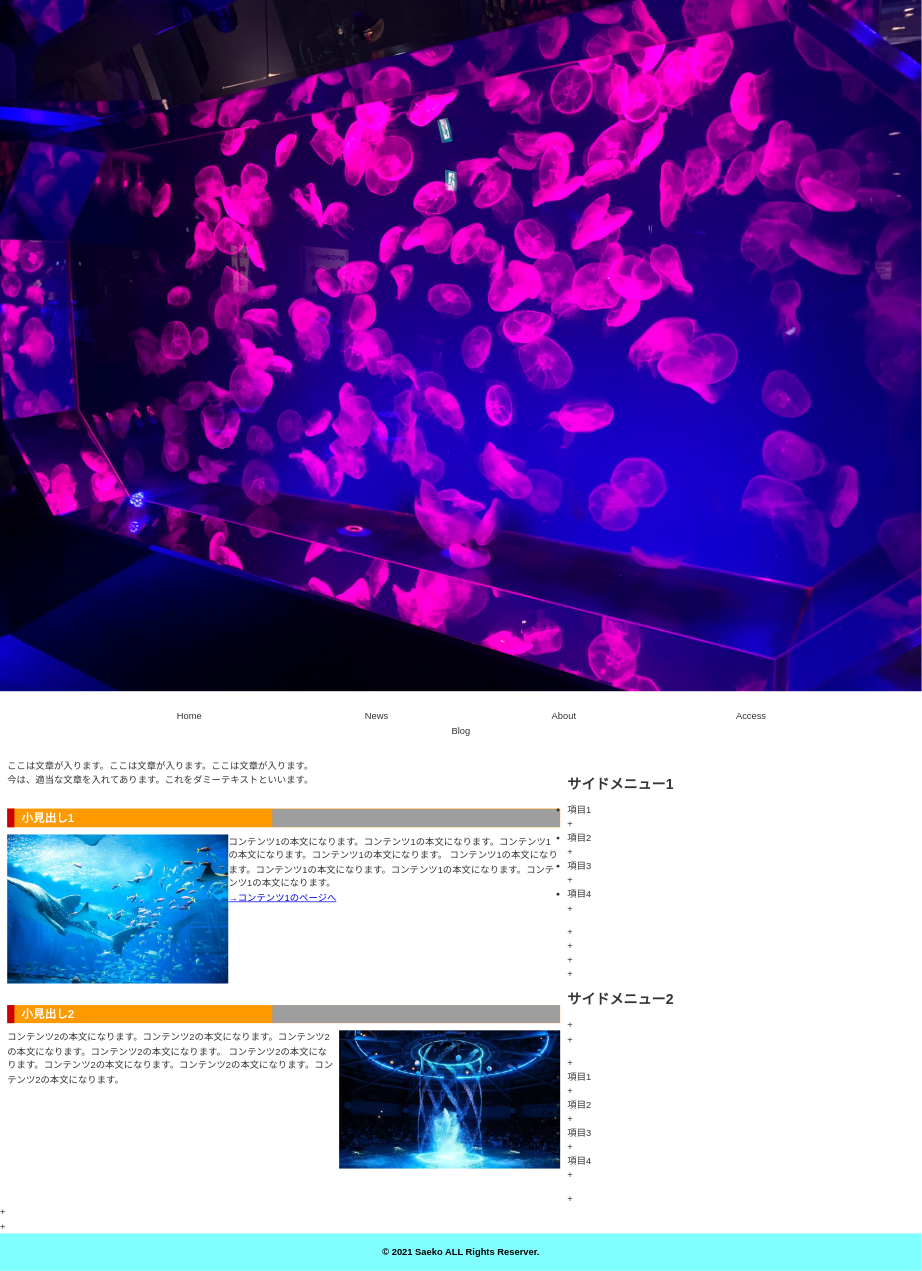
Repository: mizoguhi/mizoguhi
Page: test/saeko.html
The author's editor kept a record of every edit. The page is drawn from the files as they stood at one moment, then again after the next edit.
The browser window is 1280 px wide. The pictures show the whole page, at 72% of full size.
Pictures or frames that could not be fetched are drawn as grey boxes.

Above is the page before.

### test/saeko.html
<!DOCTYPE html>
<html lang="ja">

<head>
    <meta charset="UTF-8">
    <title>Japanese Aquarium</title>
    <link rel="stylesheet" href="stylesheet.css">
</head>

<body>
    <div id="header">
         <h1>
             <a href="saeko.html">
             </a>
         </h1>
    </div>
   <div class="exanple">
        <img id="corridor" src="aquarium.jpg" alt="水族館"/>

   </div>
    <div id="wapper">
 <nav>
　<ul>
　　<li class=”current”><a href=”#”>Home</a></li>
　　<li><a href=”#”>News</a></li>
　　<li><a href=”#”>About</a></li>
　　<li><a href=”#”>Access</a></li>
　　<li><a href=”#”>Blog</a></li>
　</ul>
</nav>

 <div id="container">
                <div id="main">
                    <div class="post">
                        <p>ここは文章が入ります。ここは文章が入ります。ここは文章が入ります。<br />今は、適当な文章を入れてあります。これをダミーテキストといいます。</p>
                    </div>
                    <div class="post clearfix">
                        <h2>小見出し1</h2>
                        <img class="left" src="zinbei.jpg" alt="水槽" />
                        <p>
                            コンテンツ1の本文になります。コンテンツ1の本文になります。コンテンツ1の本文になります。コンテンツ1の本文になります。
                            コンテンツ1の本文になります。コンテンツ1の本文になります。コンテンツ1の本文になります。コンテンツ1の本文になります。
                        </p>
                        <p><a href="#">→コンテンツ1のページへ</a></p>
                    </div>
                    <div class="post clearfix">
                        <h2>小見出し2</h2>
                        <img class="right" src="iruka.jpg" alt="イルカショー" />
                       <p>
                            コンテンツ2の本文になります。コンテンツ2の本文になります。コンテンツ2の本文になります。コンテンツ2の本文になります。
                            コンテンツ2の本文になります。コンテンツ2の本文になります。コンテンツ2の本文になります。コンテンツ2の本文になります。
                        </p>
                    </div>
                </div>
            </div>
　　<div id="side">
                    <div class="box">
                        <h2>サイドメニュー1</h2>
                        <div class="boxBody">
                            <ul>
                            <li>項目1</li>
+                                <li>項目2</li>
+                                <li>項目3</li>
+                                <li>項目4</li>
+                            </ul>
+                        </div>
+                    </div>
+                    <div class="box">
+                        <h2>サイドメニュー2</h2>
+                        <div class="boxBody">
+                            <ul>
+                                <li>項目1</li>
+                                <li>項目2</li>
+                                <li>項目3</li>
+                                <li>項目4</li>
+                            </ul>
+                        </div>
+                    </div>
+                </div>
    <div id="footer">
         <p>&copy; 2021 Saeko ALL Rights Reserver.</p>
    </div>
    </body>
<html>

### test/stylesheet.css
@charset "utf-8";

body {
	margin: 0;
	padding: 0;
	font-family: "ヒラギノ角ゴ Pro W3", "Hiragino Kaku Gothic Pro", "メイリオ", Meiryo, Osaka, "ＭＳ Ｐゴシック", "MS PGothic", sans-serif;
	color: #333;
	font-size: 13px;
	line-height: 150%;
}

#wrapper {
	width: 100%;
	margin: auto;
	padding: 0px;
	border: 0px;
	background-color: #FFF;
	 top: 10px;
position: relative;
}

 #header {
 	width: 100%;
 }
 #header h1 {
 	 margin: 0;
	 padding: 0;
}

 #corridor {
	 width: 100%;
	 height: auto;
 }

 #footer {
 	 clear: both;
 	 width: 100%;
 	 padding: 3px 0 3px 0;
 	 background: #7fffff;
 	 color: #000;
 	 font-weight: bold;
 	 text-align: center;
 }
nav{
text-align: center;
}
nav ul{
margin: 0 ;
padding: 0 ;
}
nav ul li{
list-style: none;
display: inline-block;
width: 18%;
min-width: 90px;
}
nav ul li a{
text-decoration: none;
color: #333;
}
nav ul li.current a{
color: #F33135;
}
nav ul li a:hover{
color: #0000cd;
}
#container {
	 width: 100%;
	 margin: auto ;
	 padding-top: 20px;
	 clear: both;
 }

 #main {
	 float: left;
	 width: 60%;
	 padding: 10px 10px 10px 10px;
 }
 #main h2 {
	 margin: 0 0 10px 0;
	 padding: 3px 10px 3px 10px;
	 color: #FFF;
	 font-size: 16px;
	 border-left: solid 10px #C00;
	 background: #F90 url(../images/main_h2.jpg) right top repeat-y;
 }
 #main p {
	 margin: 0;
	 padding: 0;
 }
 #main .post {
	 margin: 0 0 30px 0;
 }

 #main .post img.right {
	 margin: 0 0 0 8px;
 }
 #main .post img.left {
	 margin: 0 0 0 0;
 }

 .right {
	 float: right;
	 width: 40%;
	 height: auto;
 }
 .left {
	 float: left;
	 width: 40%;
	 height: auto;
 }
 .clearfix {
	 zoom: 1;
 }
 .clearfix:after{
	 content: "";
	 display: block;
	 clear: both;
 }

After the next edit:
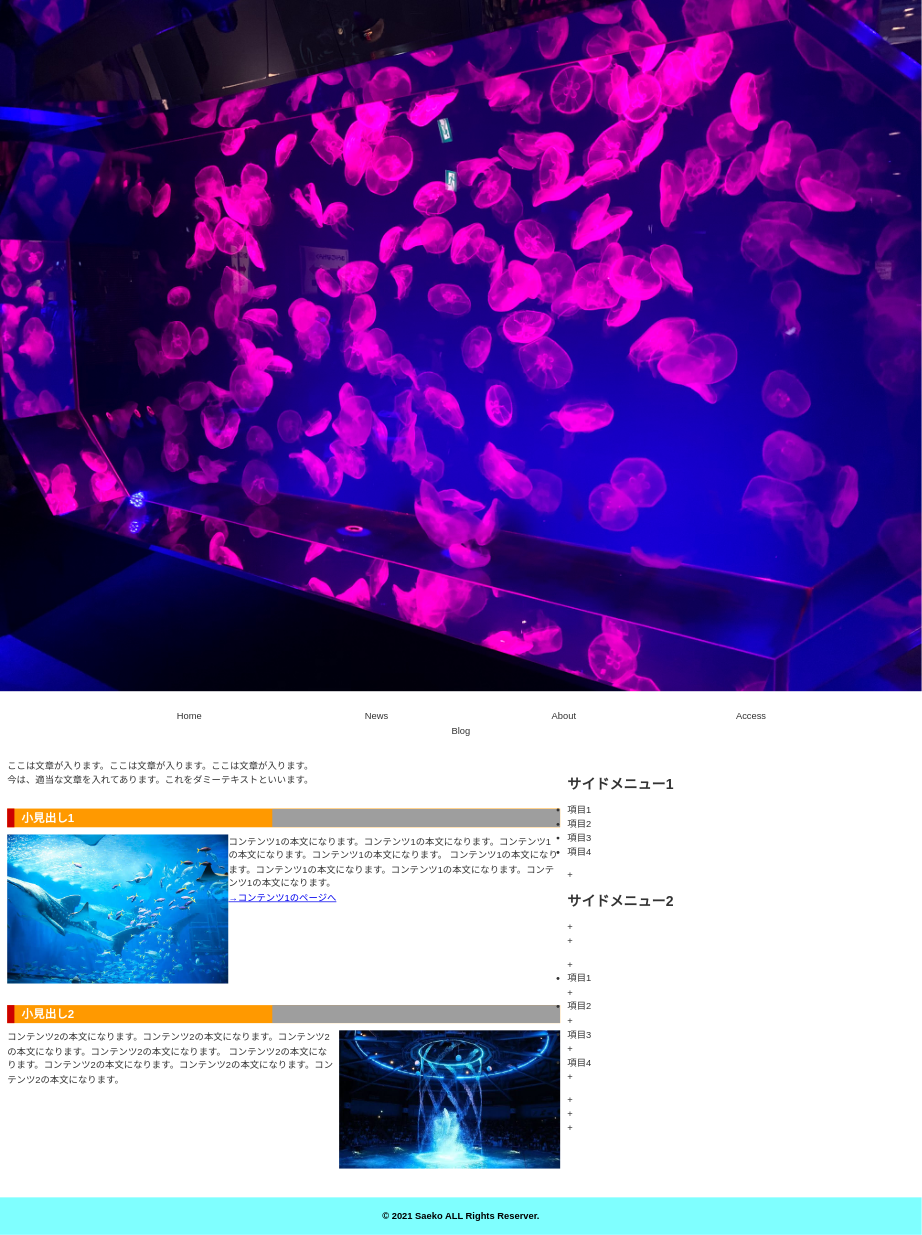
The edit:
--- a/test/saeko.html
+++ b/test/saeko.html
@@ -59,13 +59,13 @@
                         <div class="boxBody">
                             <ul>
                             <li>項目1</li>
-+                                <li>項目2</li>
-+                                <li>項目3</li>
-+                                <li>項目4</li>
-+                            </ul>
-+                        </div>
-+                    </div>
-+                    <div class="box">
+                                <li>項目2</li>
+                                <li>項目3</li>
+                                <li>項目4</li>
+                            </ul>
+                        </div>
+                    </div>
+                    <div class="box">
 +                        <h2>サイドメニュー2</h2>
 +                        <div class="boxBody">
 +                            <ul>
